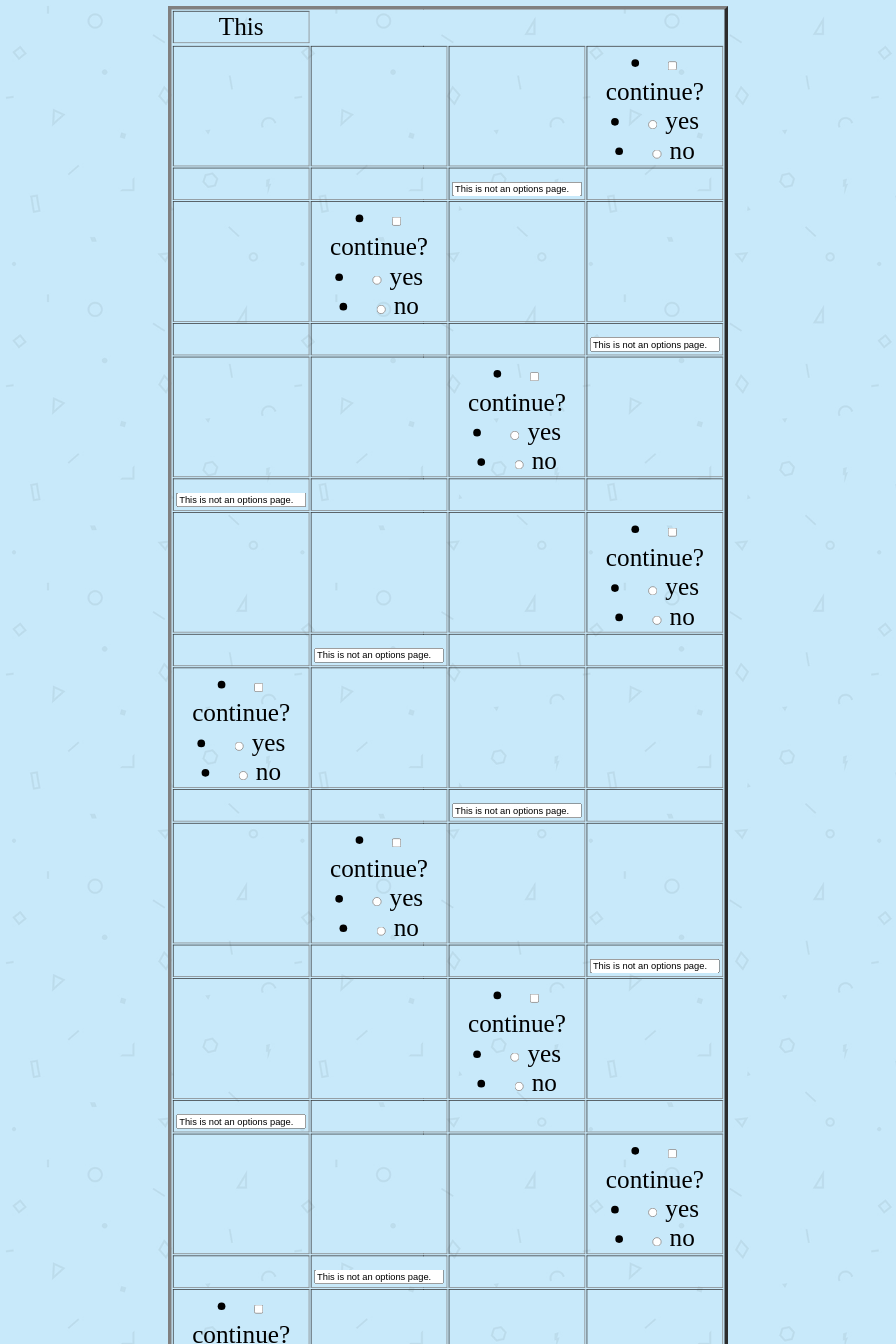
Repository: yiy225/yiy225.github.io
Page: page 3.html
The author's editor kept a record of every edit. The page is drawn from the files as they stood at one moment, then again after the next edit.
The browser window is 1280 px wide. The pictures show the part of the page from y = 0 to 1920 px (the page is 2016 px tall before and 4093 px after), at 70% of full size.
An inner scrolling area shows only its first screen.

Above is the page before.

After the next edit:
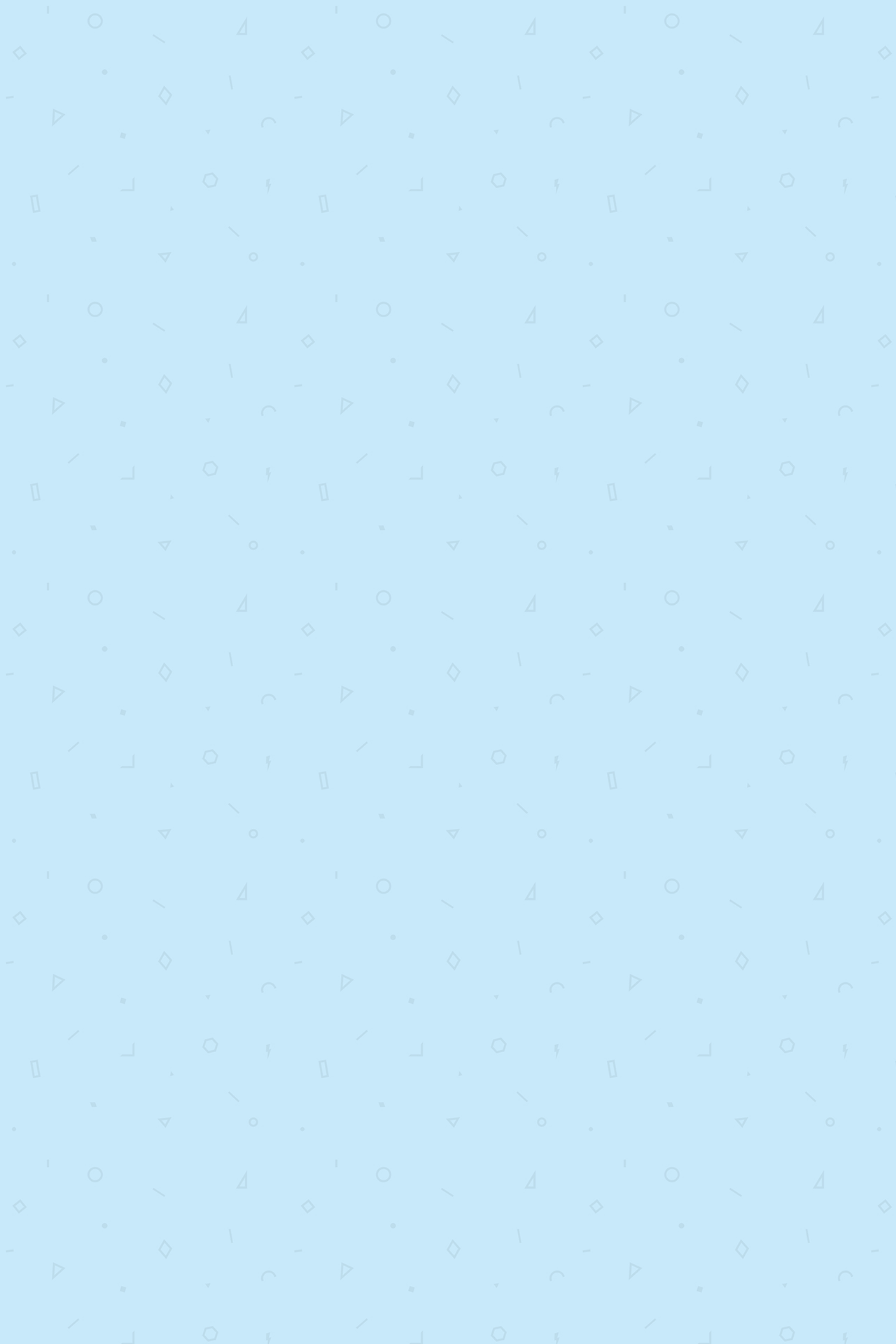
The edit:
--- a/styles 3.css
+++ b/styles 3.css
@@ -6,7 +6,7 @@
     text-align: center;
 }
 
-.div2 {
+.div1 {
     width: 800px;
     height: 2000px;
     overflow-x: scroll;
